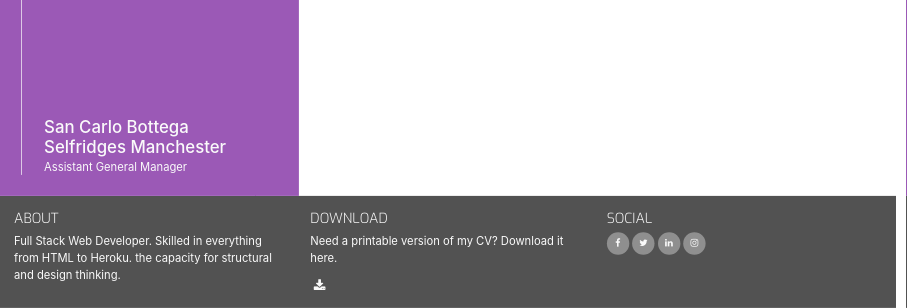
Repository: Baal89/Resume
Page: resume.html
The author's editor kept a record of every edit. The page is drawn from the files as they stood at one moment, then again after the next edit.
The browser window is 1280 px wide. The page is 1295 px wide, so the pictures cover 1295 px, including what lies to the right of the window. The pictures show the part of the page from y = 997 to 2877 px (the page is 1437 px tall before and 2976 px after), at 70% of full size.

Above is the page before.

After the next edit:
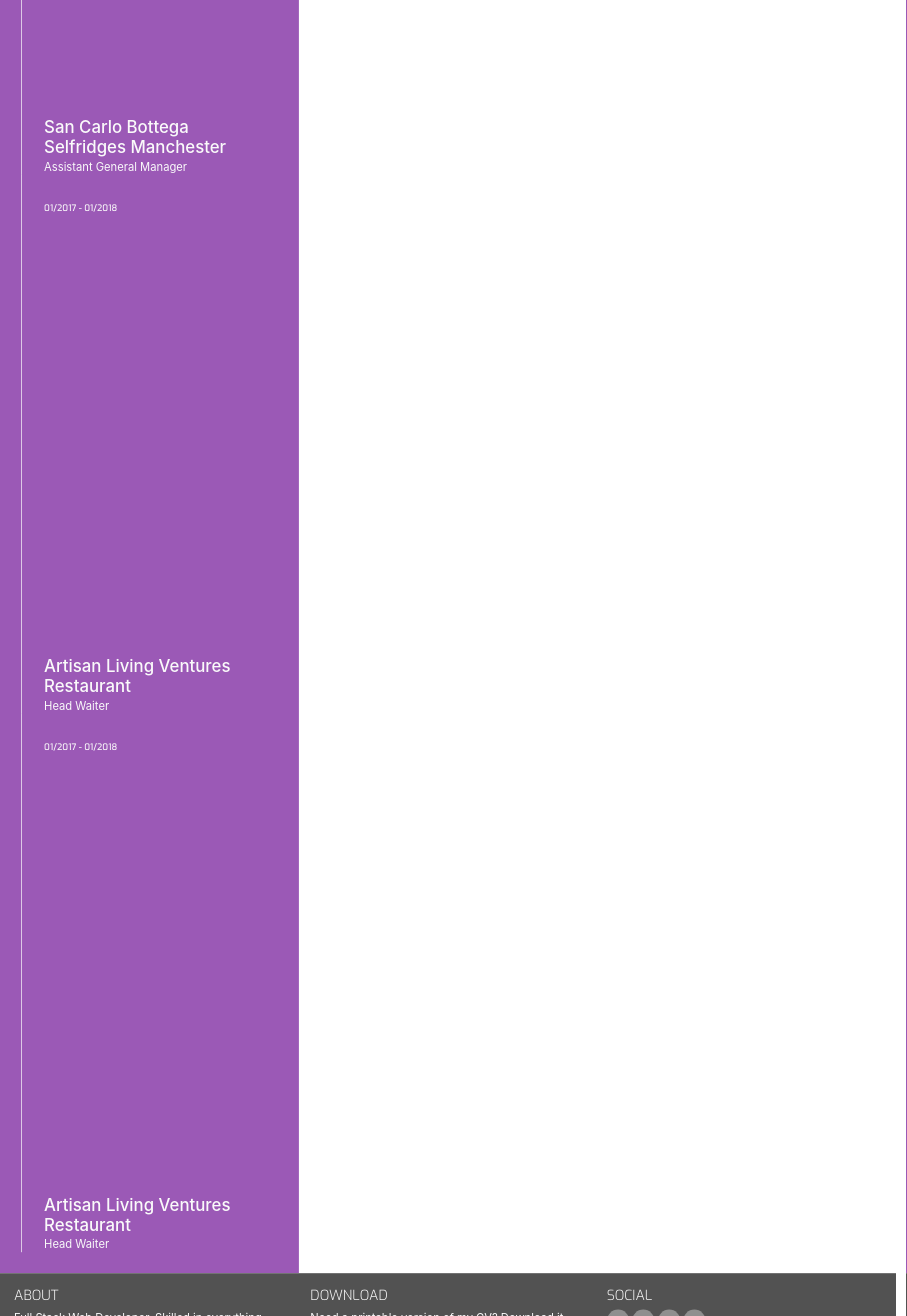
The edit:
--- a/resume.html
+++ b/resume.html
@@ -48,7 +48,7 @@
         </div>
     </header>
 
-     <section class="container-fluid">
+    <section class="container-fluid">
         <div class="row">
             <div class="col-md-4 bg-color-personal-work-history section-column">
                 <div class="row">
@@ -59,6 +59,14 @@
                 <div class="timeline-item" data-dates="01/2014 - 01/2017">
                     <h4>San Carlo Bottega Selfridges Manchester</h4>
                     <p>Assistant General Manager</p>
+                </div>
+                <div class="timeline-item" data-dates="01/2017 - 01/2018">
+                    <h4>Artisan Living Ventures Restaurant</h4>
+                    <p>Head Waiter</p>
+                </div>
+                <div class="timeline-item" data-dates="01/2017 - 01/2018">
+                    <h4>Artisan Living Ventures Restaurant</h4>
+                    <p>Head Waiter</p>
                 </div>
             </div>
             <div class="col-md-8 color-three-reasons section-column">
@@ -75,8 +83,7 @@
                             </div>
                             <div class="col-10">
                                 <h4 class="three-reasons-heading uppercase">Front End</h4>
-                                <p>I'm a skilled in User Experience Design using the trinity of HTML/CSS/JavaScript.
-                                I also have extensive experience in Front Frameworks such as Angular and React.</p>
+                                <p>I'm a skilled in User Experience Design using the trinity of HTML/CSS/JavaScript. I also have extensive experience in Front Frameworks such as Angular and React.</p>
                             </div>
                         </div>
                     </div>
@@ -87,8 +94,7 @@
                             </div>
                             <div class="col-10">
                                 <h4 class="three-reasons-heading uppercase">Back end</h4>
-                                <p>I specialize in data-driven web applications. Many of my project utilise document based data. I use
-                                Pyhon and Django in conjuction with MongoDB to process and present information.</p>
+                                <p>I specialize in data-driven web applications. Many of my project utilise document based data. I use Pyhon and Django in conjuction with MongoDB to process and present information.</p>
                             </div>
                         </div>
                     </div>
@@ -101,7 +107,7 @@
                             </div>
                             <span class="progress-type">HTML / HTML5 </span>
                         </div>
-                         <div class="progress">
+                        <div class="progress">
                             <div class="progress-bar bg-success" role="progressbar" aria-valuenow="80" aria-valuemin="0" aria-valuemax="100" style="width: 80%;">
                                 <span class="sr-only">80% complete </span>
                             </div>
@@ -113,7 +119,7 @@
                             </div>
                             <span class="progress-type">JavaScript / JQuery</span>
                         </div>
-                         <div class="progress">
+                        <div class="progress">
                             <div class="progress-bar bg-warning" role="progressbar" aria-valuenow="80" aria-valuemin="0" aria-valuemax="100" style="width: 80%;">
                                 <span class="sr-only">80% complete </span>
                             </div>
@@ -154,19 +160,19 @@
                             <span class="sr-only">Facebook</span>
                         </a>
                     </li>
-                     <li class="list-inline-item">
+                    <li class="list-inline-item">
                         <a target="_blank" href="#">
                             <i class="fa fa-twitter" aria-hidden="true"></i>
                             <span class="sr-only">Twitter</span>
                         </a>
                     </li>
-                     <li class="list-inline-item">
+                    <li class="list-inline-item">
                         <a target="_blank" href="#">
                             <i class="fa fa-linkedin" aria-hidden="true"></i>
                             <span class="sr-only">Linkedin</span>
                         </a>
                     </li>
-                     <li class="list-inline-item">
+                    <li class="list-inline-item">
                         <a target="_blank" href="#">
                             <i class="fa fa-instagram" aria-hidden="true"></i>
                             <span class="sr-only">Instagram</span>
